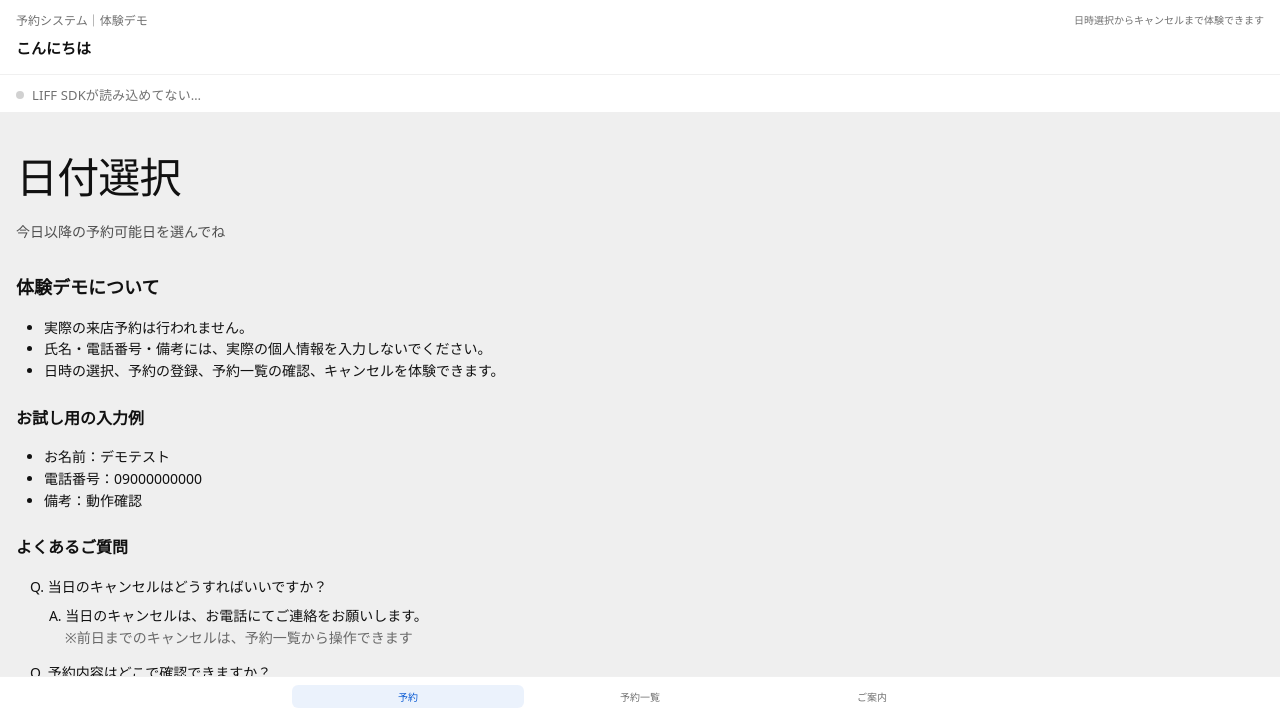
Repository: kazucv/reservation-demo
Page: index.html
An editor plug-in stored every save of this project. The page is shown before and after the next save, followed by the edit.
The browser window is 1280 px wide. The pictures show the whole page.
Some icons come from a web library that is not loaded, so they are not drawn. An inner scrolling area shows only its first screen.

Above is the page before, as saved 2026-10-28 11:42:51.

After the next save:
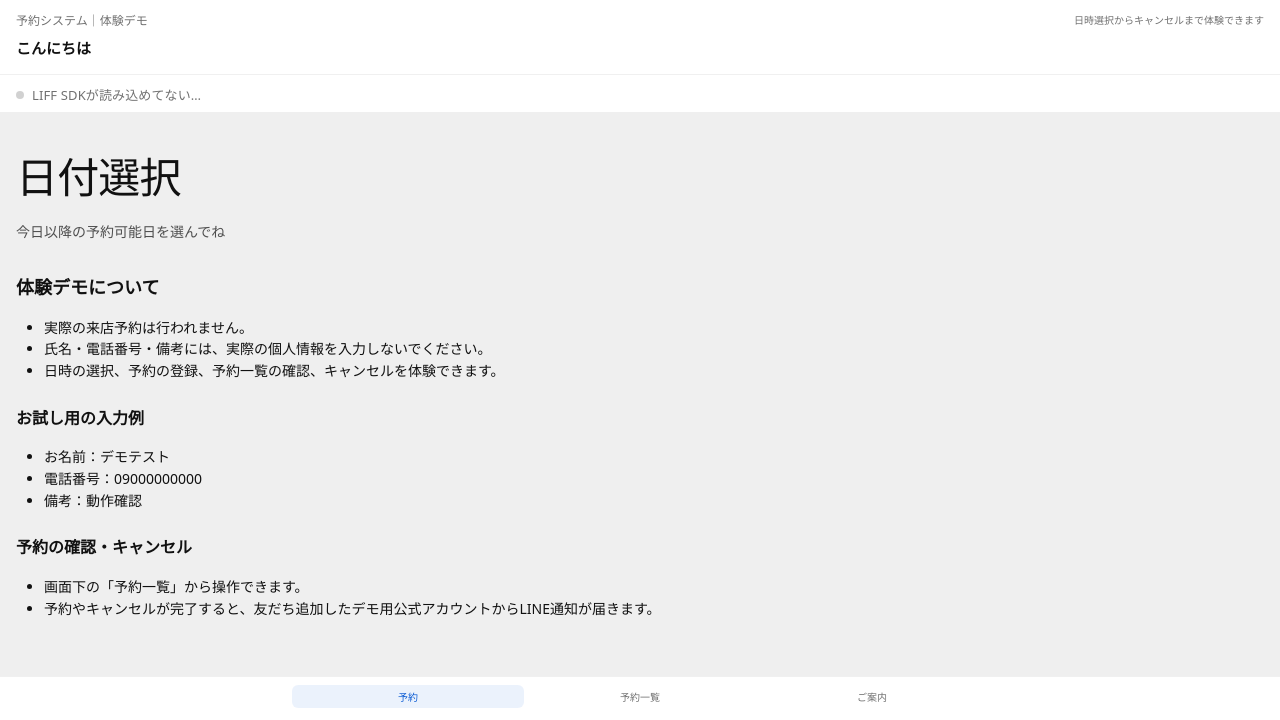
Saved 23 s later.
--- a/index.html
+++ b/index.html
@@ -856,29 +856,11 @@
               <li>備考：動作確認</li>
             </ul>
 
-            <h3 class="calendar-note__subtitle">よくあるご質問</h3>
-            <dl class="calendar-note__faq">
-              <div class="calendar-note__qa">
-                <dt>Q. 当日のキャンセルはどうすればいいですか？</dt>
-                <dd>
-                  A. 当日のキャンセルは、お電話にてご連絡をお願いします。
-                  <span class="calendar-note__sub">※前日までのキャンセルは、予約一覧から操作できます</span>
-                </dd>
-              </div>
-
-              <div class="calendar-note__qa">
-                <dt>Q. 予約内容はどこで確認できますか？</dt>
-                <dd>A. 「予約一覧」からご自身の予約を確認できます。</dd>
-              </div>
-
-              <div class="calendar-note__qa">
-                <dt>Q. キャンセルしたい場合はどうすればいいですか？</dt>
-                <dd>A. 予約一覧からキャンセルできます。</dd>
-              </div>
-            </dl>
-
-            <p class="calendar-note__hint">※予約状況はリアルタイムで更新されます</p>
-          </section>
+            <h3 class="calendar-note__subtitle">予約の確認・キャンセル</h3>
+  <ul class="calendar-note__list">
+    <li>画面下の「予約一覧」から操作できます。</li>
+    <li>予約やキャンセルが完了すると、友だち追加したデモ用公式アカウントからLINE通知が届きます。</li>
+  </ul>
         </section>
 
         <section id="viewSlots" class="view hidden">
